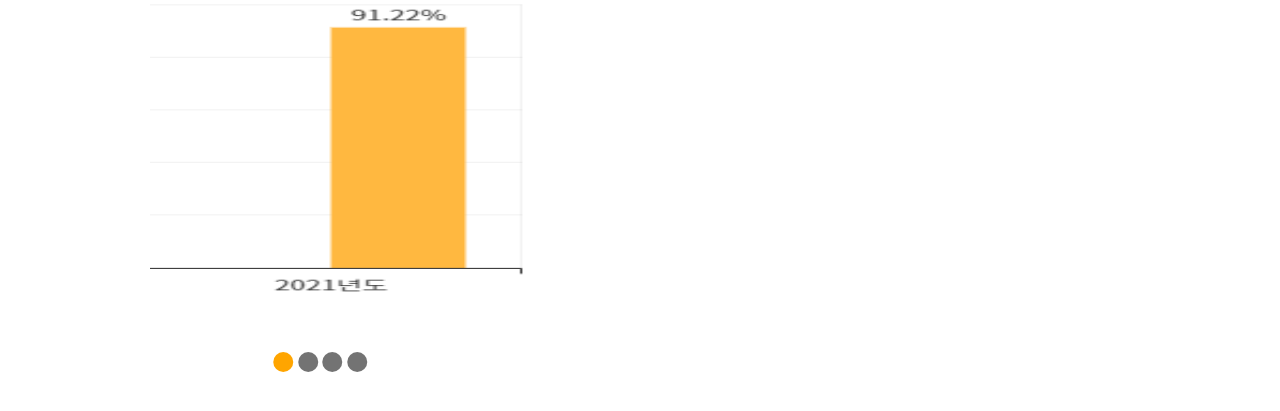
Repository: JavaJin96/kr.or.ddit.HighJava
Page: http://localhost/TeamProjectDCUM/work_psj/iframe_psj/getwork.jsp
These files come from the project's save history. The page is drawn as it stood at one moment and after the next save; the edit follows.
The browser window is 1280 px wide. The pictures show the whole page.
The page is served by Tomcat 9.

Above is the page before, as saved 2022-02-16 01:08:34.

After the next save:
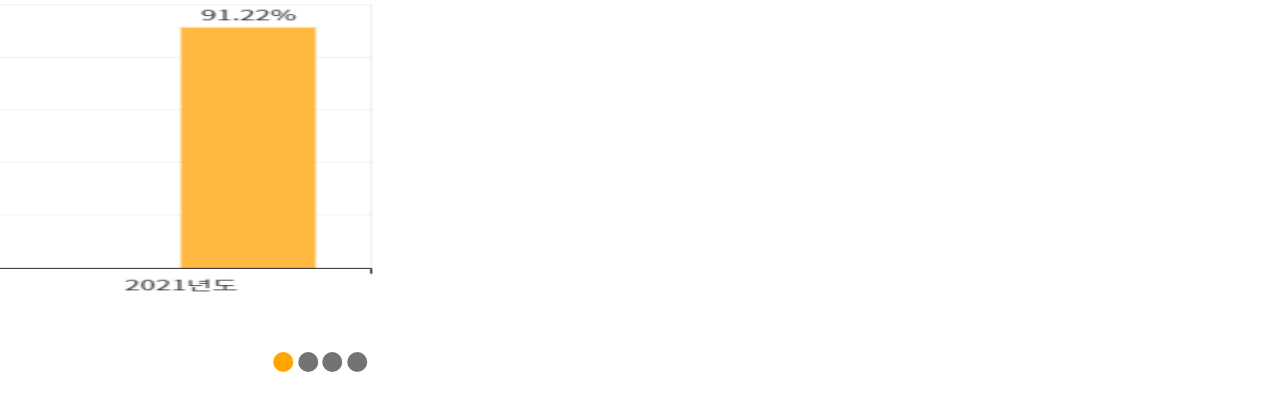
Saved 33 s later.
--- a/3.Highjava/workspace/TeamProjectDCUM/WebContent/work_psj/iframe_psj/getwork.jsp
+++ b/3.Highjava/workspace/TeamProjectDCUM/WebContent/work_psj/iframe_psj/getwork.jsp
@@ -26,7 +26,6 @@
 img{
 	width : 400px;
     height : 300px;
-    margin-left: 150px;
 }
 
 ul.imgs{
